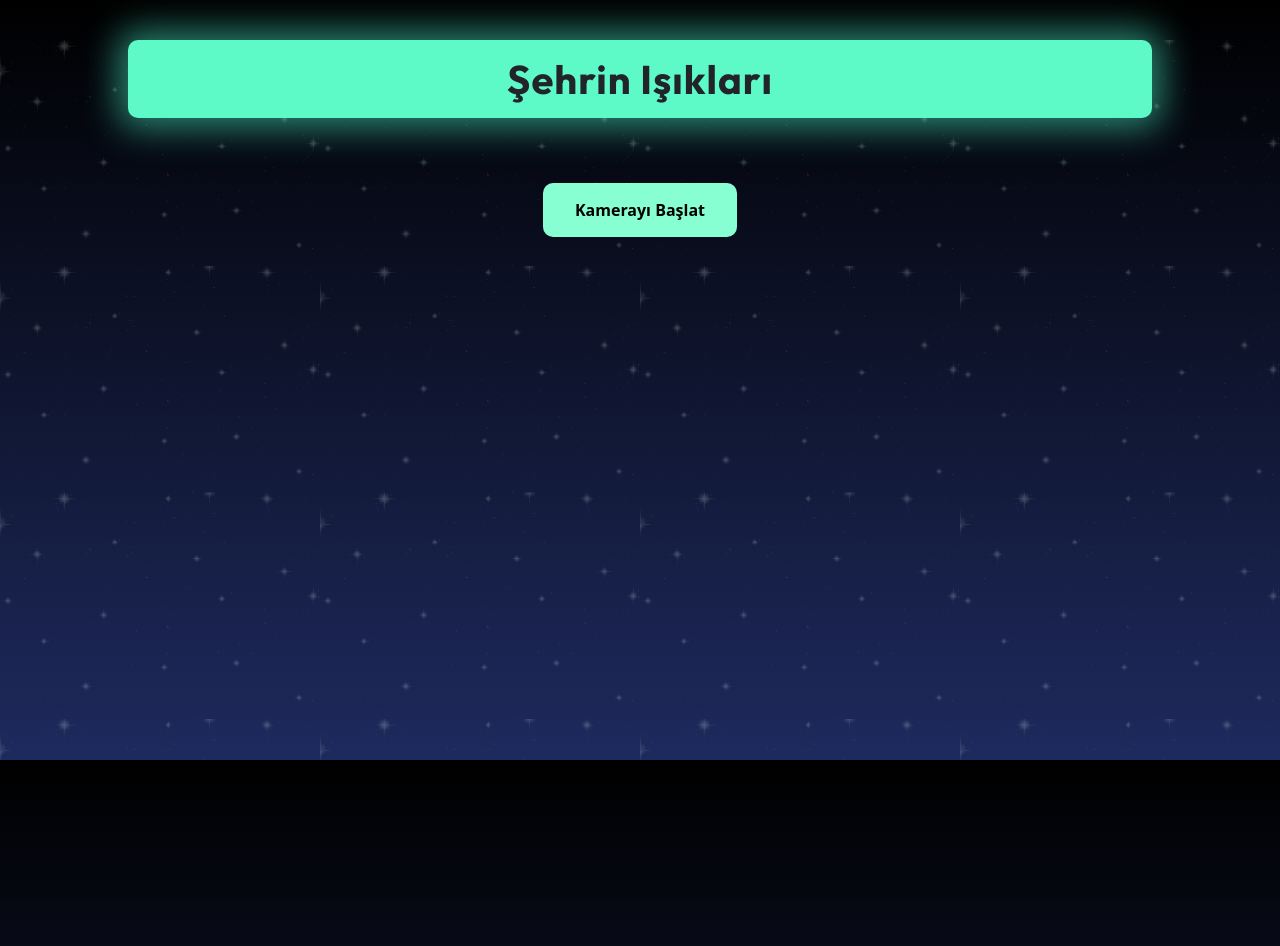
Repository: BiranOrundas/CameraQR
Page: index.html
These files come from the project's save history. The page is drawn as it stood at one moment and after the next save; the edit follows.
The browser window is 1280 px wide. The pictures show the whole page.

Above is the page before, as saved 2024-08-29 15:45:29.

### index.html
<!DOCTYPE html>
<html lang="tr">
<head>
    <meta charset="UTF-8">
    <title>Şehrin Işıkları</title>
<link rel="stylesheet" href="style.css">
<link href="https://cdn.jsdelivr.net/npm/bootstrap@5.3.3/dist/css/bootstrap.min.css" rel="stylesheet" integrity="sha384-QWTKZyjpPEjISv5WaRU9OFeRpok6YctnYmDr5pNlyT2bRjXh0JMhjY6hW+ALEwIH" crossorigin="anonymous">
</head>
<body class="mx-auto">
    <div id="stars">

    </div>
    <div class="header">
        <h1 class="outfit">Şehrin Işıkları</h1>
    </div>
    <div style="align-items: center; justify-content: center; text-align: center;">
    <button class="button" id="start-camera">Kamerayı Başlat</button>
</div>
    <video id="camera" autoplay playsinline></video>
    <div style="align-items: center; justify-content: center; text-align: center;">
    <button class="button" id="take-photo" >Fotoğraf Çek</button>
    </div>
    <canvas id="canvas" ></canvas>
    <div class="row mx-auto align-items-center">
          <div class="col-12 col-md-8">
    <img id="photo"  alt="Çekilen Fotoğraf">
        </div>
    <div class="col-12 col-md-4 mx-auto justify-content-center ">
        <h1 id="qrinfo">Fotografınızı QR kodu okutarak indirebilirsiniz.</h1>
    <div class="text-center mx-auto" id="qrcode"></div>
    </div>
    </div>
    <div id="qrdiv" class="mt-5 py-5" style="align-items: center; justify-content: center; text-align: center;">
    <button id="download-qr" class="button" style="display: none;">QR Kodunu İndir</button>
    <button id="try-again" class="button" style="display: none;">Yeniden Çek</button>
    </div>



    <script src="qrious.js"></script>
    <script src="script.js"></script>
</body>
</html>

### style.css
@import url('https://fonts.googleapis.com/css2?family=Outfit:wght@100..900&display=swap');



.outfit {
  font-family: "Outfit", sans-serif;
  font-optical-sizing: auto;
  font-weight: 700;
  font-style: normal;
}

#stars{
  position: absolute;
  background-image: url(stars.png);
  height: 100vh;
  width: 100vw;
  margin-left: -10%;
  object-fit: cover;
  z-index: -1;
  opacity: 0.2;
  background-repeat: repeat;
  background-size: 25%;
}

body{
    margin-left:auto ;
    margin-right:auto ;
    align-items: center;
    justify-content: center;
    max-width: 80vw !important;
    height: 100vh !important;
    /* background-image: repeating-linear-gradient(to bottom, #1E2A5E 10%, #38444d 5% ) !important; */
    background-image: linear-gradient(to bottom, rgba(0,0,0,1), rgba(30,42,94,1));
}

#camera {
    display: grid;
    visibility: hidden;
    justify-content: center;
    margin: auto;
    width: 100%;
    max-width: 1400px;
    height: 75vh;
    object-fit: cover;
    border-radius: 10px;
    box-shadow: #ffffffda 0px 0px 65px 10px;
    border: #fff 1px solid;
    border-style: dotted;
}

#photo {
    border:rgb(93, 250, 200) 1px solid;
    display: none;
    width: 50vw;
    height: 60vh;
    margin-top: 10px;
    justify-content: center;
    border-radius: 15px;
    object-fit: cover;
    box-shadow: rgba(242, 242, 242, 0.53) 0px 0px 35px 10px;
}

#qrcode {
   width: 20vw;
   height: auto;
}

#take-photo{
display: none;
}
#canvas{
display: none ;
}

.button {
    background-color: #87ffd3; /* Green */
    border: none;
    color: #000000;
    padding: 15px 32px;
    text-align: center;
    text-decoration: none;
    font-weight: 700;
    display: inline-block;
    font-size: 16px;
    border-radius: 10px;
    transition: 0.5s;
    justify-content: center;
    align-items: center;
    margin: 25px;


  }

  .button:hover{
    background-color: #005e3c; /* Green */
    cursor: pointer;
    color: #fff;
    box-shadow: #ffffff 0px 0px 15px 5px;
    transition: 0.5s;
    border: #fff 1px solid;
  }

  h1{
    justify-content: center;
    text-align: center;
    font-size: 2.5rem;
    color: rgb(255, 255, 255);
    letter-spacing: 1px;
    padding: 15px 10px;
  }

  .header{
    background-color: rgb(93, 250, 200);
    border-radius: 10px;
    width: 80vw;
    justify-content: center;
    align-items: center;
    text-align: center;
    flex-wrap: initial;
    margin-left: auto;
    margin-right: auto;
    margin-top: 40px;
    margin-bottom: 40px;
    box-shadow: rgba(74, 246, 203, 0.53) 0px 0px 35px 10px;


  }

  #qrinfo{
    color: #fff;
    text-shadow: #fff 0px 0px 15px;
    font-size: 2.5rem;
    margin-bottom: 40px;
    display: none;
  }

  @media only screen and (max-width: 680px){

    #camera {
        display: grid;
        visibility: hidden;
        justify-content: center;
        margin: auto;
        height: 60vh;
        object-fit: cover;
        border-radius: 10px;
        box-shadow: #55555588 2px 10px 35px 1px;
    }

    #photo {
        border:rgb(93, 250, 200) 1px solid;
        display: none;
        width: 75vw;
        height: 50vh;
        margin-top: 10px;
        justify-content: center;
        border-radius: 15px;
        object-fit: cover;
        box-shadow: rgba(242, 242, 242, 0.53) 0px 0px 35px 10px;
    }

    #qrcode {
        width: 50vw;
        height: auto;
     }

     #qrinfo{
        color: #fff;
        text-shadow: #fff 0px 0px 15px;
        font-size: 1.8rem;
        margin-bottom: 40px;
        margin-top: 40px;
        display: none;
      }

  }

### script.js
document.getElementById('start-camera').addEventListener('click', async function () {

    const cam = document.getElementById('start-camera');
    const video = document.getElementById('camera');
    const takePhotoButton = document.getElementById('take-photo');
    const stream = await navigator.mediaDevices.getUserMedia({ video: true });
    video.srcObject = stream;
    video.style.display = 'block';
    video.style.visibility = 'visible';
    cam.style.display = 'none';
    takePhotoButton.style.display = 'inline';
});
document.getElementById('start-camera').addEventListener('touchstart', async function () {
    const video = document.getElementById('camera');
    const takePhotoButton = document.getElementById('take-photo');
    const stream = await navigator.mediaDevices.getUserMedia({ video: true });
    video.srcObject = stream;
    video.style.display = 'block';
    video.style.visibility = 'visible';
    takePhotoButton.style.display = 'inline';
});



document.getElementById('take-photo').addEventListener('click', function () {
    const takePhoto = document.getElementById('take-photo');
    const again = document.getElementById('try-again');
    const canvas = document.getElementById('canvas');
    const video = document.getElementById('camera');
    const photo = document.getElementById('photo');
    const qrCodeDiv = document.getElementById('qrcode');
    const downloadButton = document.getElementById('download-qr');
    const qrinfo = document.getElementById('qrinfo');

    canvas.width = video.videoWidth;
    canvas.height = video.videoHeight;
    canvas.getContext('2d').drawImage(video, 0, 0);

    // Fotoğrafı göster
    const photoData = canvas.toDataURL('image/png');
    photo.src = photoData;

    // Fotoğrafı sunucuya yükle
    fetch('upload.php', {
        method: 'POST',
        headers: {
            'Content-Type': 'application/x-www-form-urlencoded'
        },
        body: 'photo=' + encodeURIComponent(photoData)
    })
    .then(response => response.text()) // JSON yerine text olarak yanıtı alın
    .then(text => {
        console.log("Gelen yanıt:", text); // Konsola dönen yanıtı yazdır
        try {
            const data = JSON.parse(text); // Yanıtı JSON'a çevir
            if (data.url) {
                // Fotoğrafın URL'sini kullanarak QR kodu oluştur
                const qr = new QRious({
                    value: window.location.origin + '/' + data.url,
                    size: 250
                });
                qrCodeDiv.innerHTML = ''; // QR kod div'ini temizle
                qrCodeDiv.appendChild(qr.canvas); // QR kodunu ekle
                downloadButton.style.display = 'inline'; // İndir butonunu göster
                again.style.display = 'inline'; // İndir butonunu göster

                // QR kodunu indir
                downloadButton.onclick = function () {
                    const link = document.createElement('a');
                    link.href = qr.toDataURL('image/png');
                    link.download = 'qr-code.png';
                    link.click();
                };
            } else {
                alert("Fotoğraf yüklenemedi. Hata: " + data.error);
            }
        } catch (error) {
            console.error("JSON çözümleme hatası:", error); // JSON hatasını göster
        }
    })
    .catch(error => {
        console.error("Fetch hatası:", error);
    });
    takePhoto.style.display = "none"
    photo.style.display = "block";
    video.style.display = "none";
    qrinfo.style.display = "block"

    document.getElementById('try-again').addEventListener('click', async function () {
        const video = document.getElementById('camera');
        const takePhotoButton = document.getElementById('take-photo');
        const stream = await navigator.mediaDevices.getUserMedia({ video: true });
        video.srcObject = stream;
        video.style.display = 'block';
        video.style.visibility = 'visible';
        takePhotoButton.style.display = 'inline';

        if(photo.style.display == "block"){
            photo.style.display = "none"
            downloadButton.style.display = 'none'; // İndir butonunu göster
            again.style.display = 'none'; // İndir butonunu göster
            qrinfo.style.display = "none"
            qrCodeDiv.innerHTML = '';

        } else{
            console.log("fotograf belleği temizlendi.")
        }

    });
});

Loaded but not shown: qrious.js (606 lines, source omitted)

After the next save:
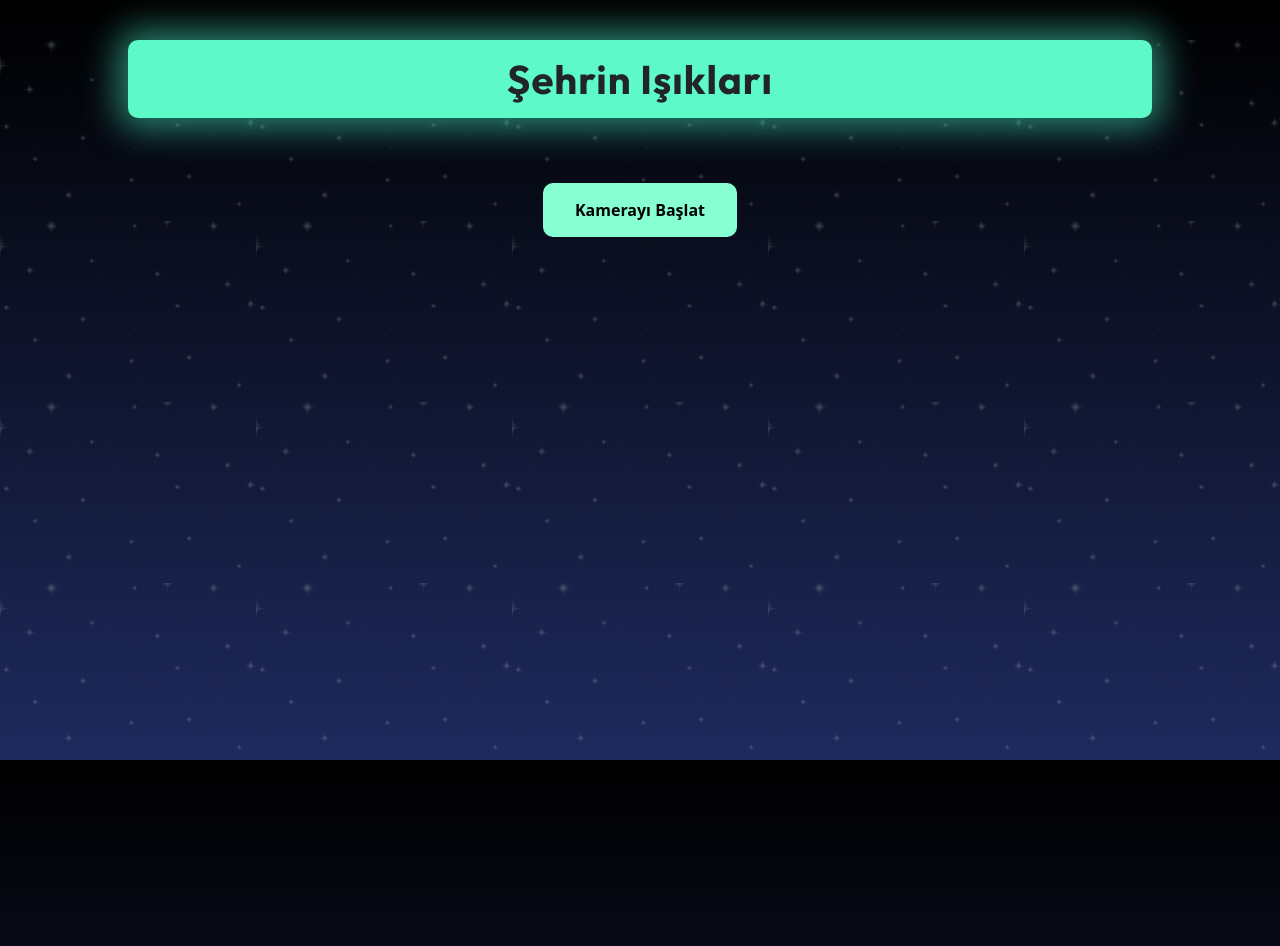
Saved 4 s later.
--- a/style.css
+++ b/style.css
@@ -19,7 +19,7 @@
   z-index: -1;
   opacity: 0.2;
   background-repeat: repeat;
-  background-size: 25%;
+  background-size: 20%;
 }
 
 body{
